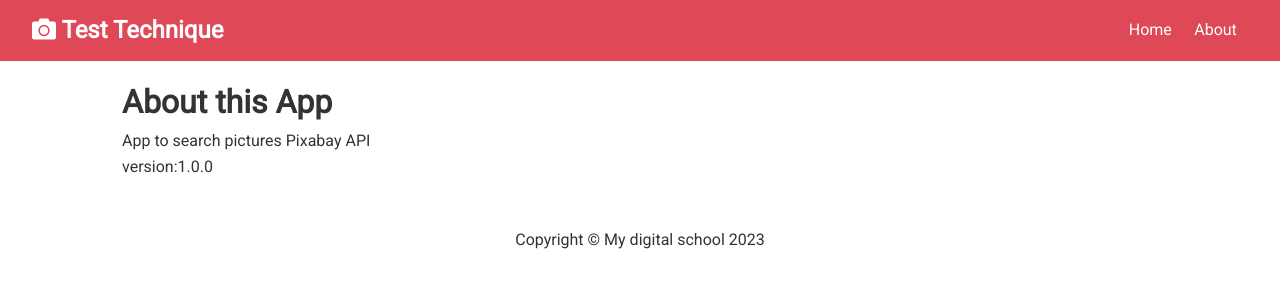
Repository: bafode/test-technique
Page: /about
These files come from the project's save history. The page is drawn as it stood at one moment and after the next save; the edit follows.
The browser window is 1280 px wide. The pictures show the whole page.
The page's requests for data from a server got no answer. Some web libraries are served in a nearby version. The project was rebuilt for these pictures with package versions that can differ from the ones it lists, and the page was loaded fresh each time. No one was signed in, and anything a server would have sent is missing. Also part of the build but not shown: src/components/layout/Alert.js, src/components/pictures/PictureItem.js, src/components/layout/Spinner.js, src/components/pictures/Pictures.js, src/components/pictures/Search.js.

Above is the page before, as saved 2023-06-17 05:45:06.

After the next save:
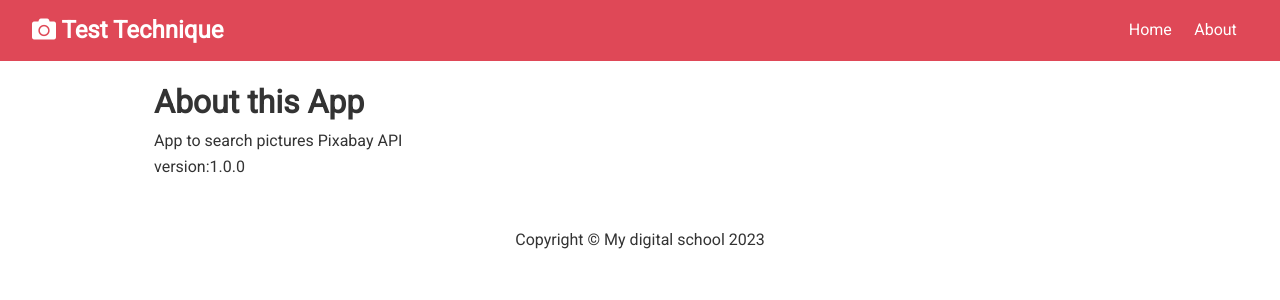
Saved 63 s later.
--- a/src/components/pages/About.js
+++ b/src/components/pages/About.js
@@ -3,10 +3,12 @@ import React,{Fragment} from 'react'
 function About() {
   return (
     <Fragment>
-        <h1>About this App</h1>
+      <div className="container">
+      <h1>About this App</h1>
         <p>App to search pictures Pixabay API</p>
         <p>version:1.0.0</p>
         <div className='text-center py-3'>Copyright &copy; My digital school 2023</div>
+      </div>
      </Fragment>
   )
 }
